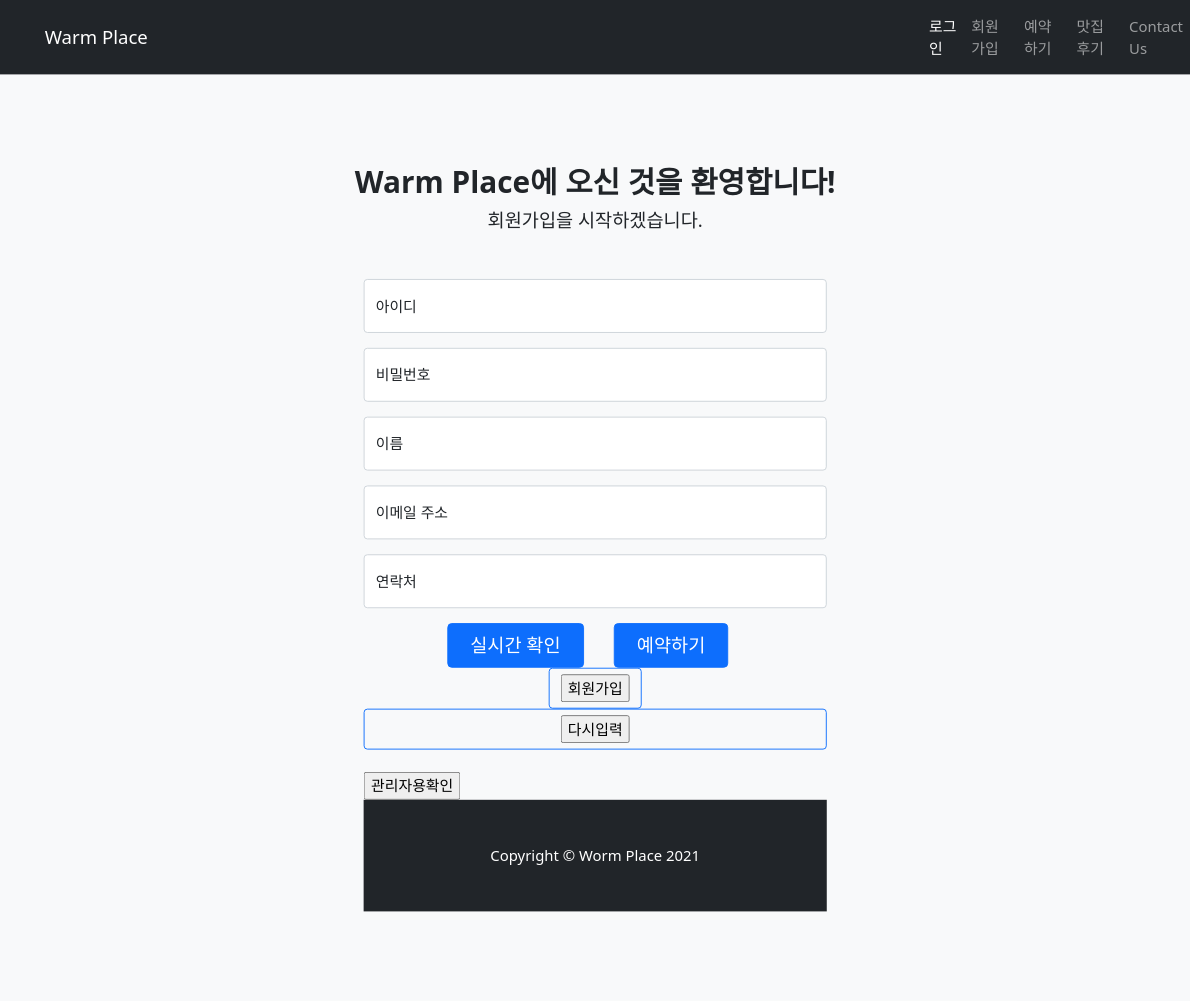
Repository: jaunnnngs/HackaTone
Page: http://localhost/StunProjects/St_Join/st_userJoin.jsp
The author's editor kept a copy of each file at every save. The page is drawn from the files as they stood at one save, then again after the next save.
The browser window is 1280 px wide. The pictures show the whole page, at 93% of full size.
Some web libraries are served in a nearby version. The page is served by Tomcat 9. Other server files are loaded and not shown.

Above is the page before, as saved 2021-07-25 04:14:39.

### STUN_TEAM/StunProjects/src/main/webapp/St_Join/st_userJoin.jsp
<%@ page language="java" contentType="text/html; charset=UTF-8" pageEncoding="UTF-8"%>

<!DOCTYPE html>
<html>
    <head>
        <meta charset="utf-8" />
        <meta name="keywords" content="HTML,CSS,XML,JavaScript">
        <meta name="viewport" content="width=device-width, initial-scale=1, shrink-to-fit=no" />
        <meta name="description" content="HTML Study" />
        <meta name="author" content="Bruce" />

        <title>WARM PLACE_회원가입</title>
        <!-- Favicon-->
        <link rel="icon" type="image/x-icon" href="assets/favicon.ico" />
        <!-- Bootstrap icons-->
        <link href="https://cdn.jsdelivr.net/npm/bootstrap-icons@1.4.1/font/bootstrap-icons.css" rel="stylesheet" />
        <!-- Core theme CSS (includes Bootstrap)-->
        <link href="css/styles.css" rel="stylesheet" />
    </head>

    <body>
    <form action="./st_userJoinAction.jsp"method="post">
        <!-- Responsive navbar-->
        <nav class="navbar navbar-expand-lg navbar-dark bg-dark">
            <div class="container px-5">
                <a class="navbar-brand" href="../St_Join/main.jsp">Warm Place</a>
                </div>
                <button class="navbar-toggler" type="button" data-bs-toggle="collapse" data-bs-target="#navbarSupportedContent" aria-controls="navbarSupportedContent" aria-expanded="false" aria-label="Toggle navigation"><span class="navbar-toggler-icon"></span></button>
                <div class="collapse navbar-collapse" id="navbarSupportedContent">
                    <ul class="navbar-nav ms-auto mb-2 mb-lg-0">
                         <li class="nav-item"><a class="nav-link active" aria-current="page" href="../St_board/login.jsp">로그인</a></li>
                        <li class="nav-item"><a class="nav-link" href="../St_Join/test_st_userJoin2.jsp">회원가입</a></li>
                        <li class="nav-item"><a class="nav-link" href="../St_Reservation/map.jsp">예약하기</a></li>
                        <li class="nav-item"><a class="nav-link" href="../St_board/bbs.jsp">맛집후기</a></li>
                        <li class="nav-item"><a class="nav-link" href="#!">Contact Us</a></li>
                    </ul>

            </div>
        </nav>

        <!-- 회원가입 섹션-->
       <section class="bg-light py-5">
            <div class="container px-5 my-5 px-5">
                <div class="text-center mb-5">
                    <h2 class="fw-bolder">Warm Place에 오신 것을 환영합니다!</h2>
                    <p class="lead mb-0">회원가입을 시작하겠습니다.</p>
                </div>
                <div class="row gx-5 justify-content-center">
                    <div class="col-lg-6">
                        <!-- * * * * * * * * * * * * * * *-->
                        <!-- * * SB Forms Contact Form * *-->
                        <!-- * * * * * * * * * * * * * * *-->
                        <!-- This form is pre-integrated with SB Forms.-->
                        <!-- To make this form functional, sign up at-->
                        <!-- https://startbootstrap.com/solution/contact-forms-->
                        <!-- to get an API token!-->
                        <form id="contactForm" data-sb-form-api-token="API_TOKEN">
                            <!-- userID input-->
                            <div class="form-floating mb-3">
                                 <input class="form-control" name="userID" id="userID" type="text" placeholder="Enter your ID..." data-sb-validations="required" />
                                 <label for="userID">아이디</label>
                                <div class="invalid-feedback" data-sb-feedback="userID:required">A userID is required.</div>
                            </div>
                            <!-- userPassword address input-->
                            <div class="form-floating mb-3">
                                <input class="form-control" name="userPassword" id="userPassword" type="password" placeholder="Enter your password..." data-sb-validations="required,email" />
                                <label for="userPassword">비밀번호</label>
                                <div class="invalid-feedback" data-sb-feedback="password:required">A password is required.</div>
                                <div class="invalid-feedback" data-sb-feedback="password:password">Password is not valid.</div>
                            </div>
                            <!-- Name input-->
                            <div class="form-floating mb-3">
                                <input class="form-control" name="name" id="name" type="text" placeholder="Enter your name..." data-sb-validations="required" />
                                <label for="name">이름</label>
                                <div class="invalid-feedback" data-sb-feedback="name:required">A name is required.</div>
                            </div>
                            <!-- Email address input-->
                            <div class="form-floating mb-3">
                                <input class="form-control" name="email" id="email" type="email" placeholder="name@example.com" data-sb-validations="required,email" />
                                <label for="email">이메일 주소</label>
                                <div class="invalid-feedback" data-sb-feedback="email:required">An email is required.</div>
                                <div class="invalid-feedback" data-sb-feedback="email:email">Email is not valid.</div>
                            </div>
                            <!-- Phone number input-->
                            <div class="form-floating mb-3">
                                <input class="form-control" name="number" id="phonenumber" type="phonenumber" placeholder="(123) 456-7890" data-sb-validations="required" />
                                <label for="phonenumber">연락처</label>
                                <div class="invalid-feedback" data-sb-feedback="phonenumber:required">A phone number is required.</div>
                            </div>
                            </form>

                            <!-- Submit success message-->
                            <!---->
                            <!-- This is what your users will see when the form-->
                            <!-- has successfully submitted-->
                            <div class="d-none" id="submitSuccessMessage">
                                <div class="text-center mb-3">
                                    <div class="fw-bolder">Form submission successful!</div>
                                    To activate this form, sign up at
                                    <br />
                                    <a href="https://startbootstrap.com/solution/contact-forms">https://startbootstrap.com/solution/contact-forms</a>
                                </div>
                            </div>
                            <!-- Submit error message-->
                            <!---->
                            <!-- This is what your users will see when there is-->
                            <!-- an error submitting the form-->
                            <div class="d-none" id="submitErrorMessage"><div class="text-center text-danger mb-3">Error sending message!</div></div>
                             <div class="d-grid gap-3 d-sm-flex justify-content-sm-center">
                                <a class="btn btn-primary btn-lg px-4 me-sm-3" href="#!">실시간 확인</a>
                                <a class="btn btn-primary btn-lg px-4 me-sm-3" href="#!">예약하기</a>
                            </div>
							<div class="d-grid gap-3 d-sm-flex justify-content-sm-center">
							<a class="btn btn-outline-primary"><input id="submitButton" type="submit" value="회원가입"></a></div>
							<div class="d-grid"><a class="btn btn-outline-primary" id="submitButton" type="submit">
								<input type="reset" value="다시입력"></a></div>

		</form>




     <!-- 디비확인용 버튼 -->
     <form action="./UseStunDB.jsp" method="post">
     <tr>
		<td colspan="2" style="text-align:center;">
	 		<br><input type="submit" value="관리자용확인"><br>
		</td>
	</tr>




</form>


    <!-- 하단화면r-->
        <footer class="py-5 bg-dark">
            <div class="container px-5"><p class="m-0 text-center text-white">Copyright &copy; Worm Place 2021</p></div>
        </footer>
        <!-- Bootstrap core JS-->
        <script src="https://cdn.jsdelivr.net/npm/bootstrap@5.0.2/dist/js/bootstrap.bundle.min.js"></script>
        <!-- Core theme JS-->
        <script src="js/scripts.js"></script>
        <!-- * * * * * * * * * * * * * * * * * * * * * * * * * * * * * * * * * * * * * * * *-->
        <!-- * *                               SB Forms JS                               * *-->
        <!-- * * Activate your form at https://startbootstrap.com/solution/contact-forms * *-->
        <!-- * * * * * * * * * * * * * * * * * * * * * * * * * * * * * * * * * * * * * * * *-->
        <script src="https://cdn.startbootstrap.com/sb-forms-latest.js"></script>
    </body>

### STUN_TEAM/StunProjects/src/main/webapp/St_Join/js/scripts.js
/*!
* Start Bootstrap - Business Frontpage v5.0.3 (https://startbootstrap.com/template/business-frontpage)
* Copyright 2013-2021 Start Bootstrap
* Licensed under MIT (https://github.com/StartBootstrap/startbootstrap-business-frontpage/blob/master/LICENSE)
*/
// This file is intentionally blank
// Use this file to add JavaScript to your project

Loaded but not shown: STUN_TEAM/StunProjects/src/main/webapp/St_Join/css/styles.css (library)

After the next save:
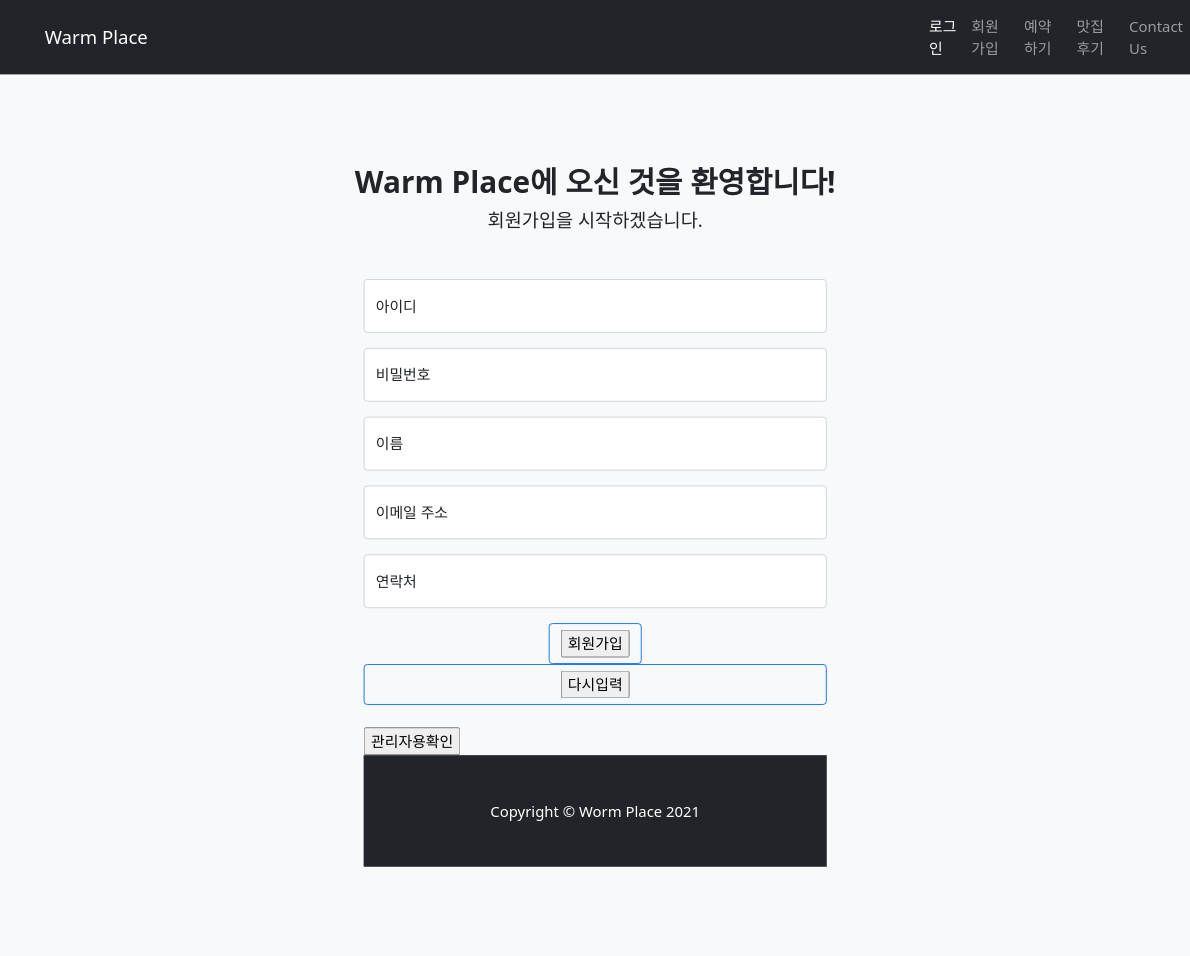
Saved 41 s later.
--- a/STUN_TEAM/StunProjects/src/main/webapp/St_Join/st_userJoin.jsp
+++ b/STUN_TEAM/StunProjects/src/main/webapp/St_Join/st_userJoin.jsp
@@ -106,11 +106,7 @@
                             <!-- This is what your users will see when there is-->
                             <!-- an error submitting the form-->
                             <div class="d-none" id="submitErrorMessage"><div class="text-center text-danger mb-3">Error sending message!</div></div>
-                             <div class="d-grid gap-3 d-sm-flex justify-content-sm-center">
-                                <a class="btn btn-primary btn-lg px-4 me-sm-3" href="#!">실시간 확인</a>
-                                <a class="btn btn-primary btn-lg px-4 me-sm-3" href="#!">예약하기</a>
-                            </div>
-							<div class="d-grid gap-3 d-sm-flex justify-content-sm-center">
+                            <div class="d-grid gap-3 d-sm-flex justify-content-sm-center">
 							<a class="btn btn-outline-primary"><input id="submitButton" type="submit" value="회원가입"></a></div>
 							<div class="d-grid"><a class="btn btn-outline-primary" id="submitButton" type="submit">
 								<input type="reset" value="다시입력"></a></div>
